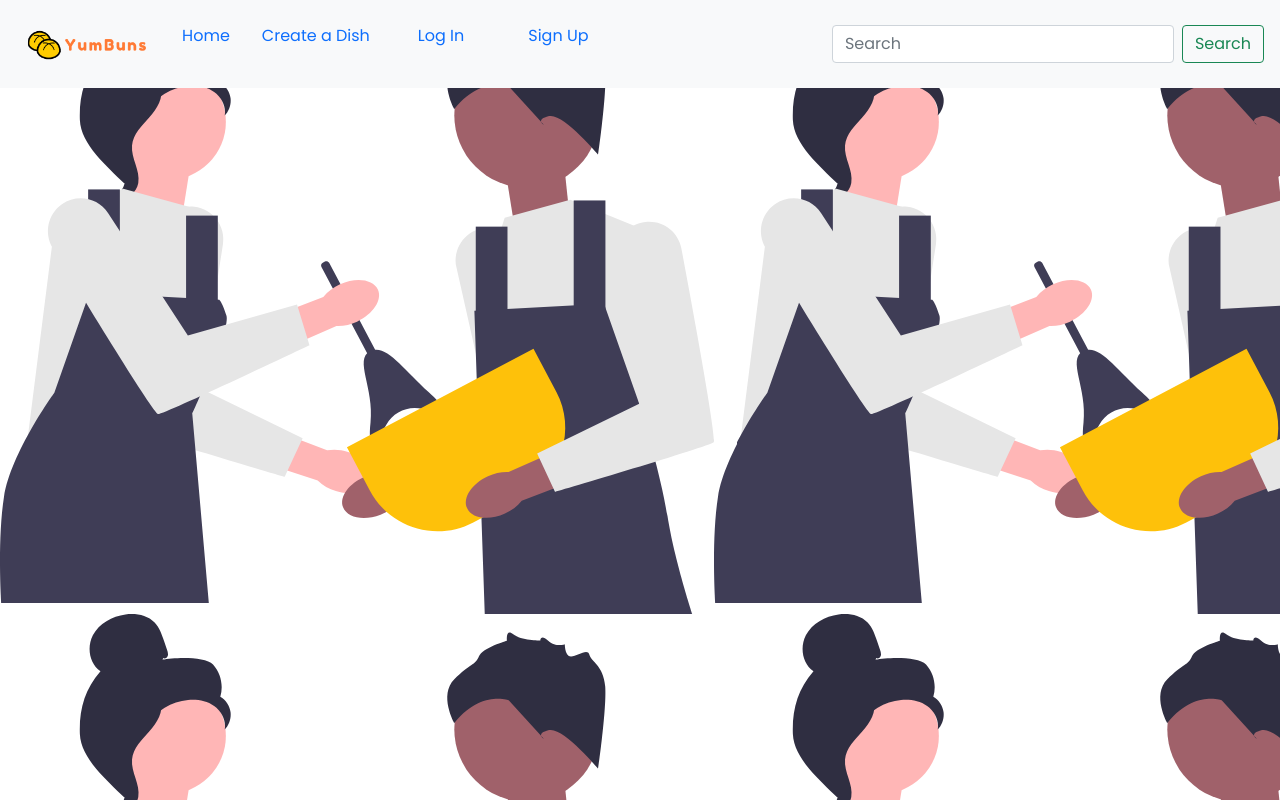
Repository: mottad14/yumBuns
Page: /account (app in client/)
An editor plug-in stored every save of this project. The page is shown before and after the next save, followed by the edit.
The browser window is 1280 px wide. The pictures show the whole page.
Some web fonts or font styles are not loaded; a fallback is used. The project was rebuilt for these pictures with package versions that can differ from the ones it lists, and the page was loaded fresh each time. Also part of the build but not shown: client/src/components/RecipePreview.js, client/src/views/Main.js, client/src/views/Login.js, client/src/views/NewAccount.js, client/src/views/Create.js, client/src/views/Recipe.js, client/src/components/SubscribePop.css, client/src/components/SignUp.jsx and 1 more.

Above is the page before, as saved 2022-07-30 13:08:18.

### client/public/index.html
<!DOCTYPE html>
<html lang="en">
  <head>
    <meta charset="utf-8" />
    <link rel="icon" href="%PUBLIC_URL%/favicon.ico" />
    <meta name="viewport" content="width=device-width, initial-scale=1" />
    <meta name="theme-color" content="#000000" />
    <meta
      name="description"
      content="Web site created using create-react-app"
    />
    <!--
      Notice the use of %PUBLIC_URL% in the tags above.
      It will be replaced with the URL of the `public` folder during the build.
      Only files inside the `public` folder can be referenced from the HTML.

      Unlike "/favicon.ico" or "favicon.ico", "%PUBLIC_URL%/favicon.ico" will
      work correctly both with client-side routing and a non-root public URL.
      Learn how to configure a non-root public URL by running `npm run build`.
    -->
    <title>Yumbuns</title>
  </head>
  <body>
    <noscript>You need to enable JavaScript to run this app.</noscript>
    <div id="root"></div>
    <!--
      This HTML file is a template.
      If you open it directly in the browser, you will see an empty page.

      You can add webfonts, meta tags, or analytics to this file.
      The build step will place the bundled scripts into the <body> tag.

      To begin the development, run `npm start` or `yarn start`.
      To create a production bundle, use `npm run build` or `yarn build`.
    -->
  </body>
</html>

### client/src/index.js
import React from 'react';
import ReactDOM from 'react-dom';
import './index.css';
import App from './App';
import reportWebVitals from './reportWebVitals';
import {BrowserRouter} from "react-router-dom";

ReactDOM.render(
    <React.StrictMode>
      <BrowserRouter>
            <App />
      </BrowserRouter>
    </React.StrictMode>,
    document.getElementById('root')
);



// If you want to start measuring performance in your app, pass a function
// to log results (for example: reportWebVitals(console.log))
// or send to an analytics endpoint. Learn more: https://bit.ly/CRA-vitals
reportWebVitals();

### client/src/App.js
import React from 'react';
import 'bootstrap/dist/css/bootstrap.min.css';
import {Switch, Route} from "react-router-dom";
import './App.css';
import NavBar from './components/NavBar';
import Main from './views/Main';
import Login from './views/Login'
import NewAccount from "./views/NewAccount"
import Create from './views/Create';
import Recipe from './views/Recipe';
import SubscribePop from './components/SubscribePop';
import {useState, useEffect} from 'react'
import { AuthContextProvider } from "./contexts/AuthContext";
import eating from "./imgs/cooking.svg"



function App() {
  const [timedPopup, setTimedPopup] = useState (false);

  useEffect(() => {
    setTimeout(() => {
      setTimedPopup(true)
    }, 45000)
  }, [])


  return (

    <div className="App" style={{ backgroundImage: `url(${eating})` }} >
      <div >

          <div className="">
              <AuthContextProvider>
                <NavBar/>
                  <Switch>
                    <Route exact path="/">
                      <Main/>
                    </Route>

                    <Route exact path="/login">
                      <Login/>
                    </Route>

                    <Route exact path="/signup">
                      <NewAccount/>
                    </Route>

                    <Route path="/view/single/:_id">
                      <Recipe/>
                    </Route>

                    <Route exact path="/create">
                      <Create/>
                    </Route>
                  </Switch>

                  <SubscribePop trigger={timedPopup} setTrigger={setTimedPopup}>
                  </SubscribePop>
              </AuthContextProvider>

          </div>
       </div>
    </div>
  );
}

export default App;

### client/src/App.css
@import url('https://fonts.googleapis.com/css2?family=BIZ+UDGothic&family=Poppins&display=swap');

.App {
  font-family: 'BIZ UDGothic', sans-serif;
  font-family: 'Poppins', sans-serif;
  text-align: center;
  min-height: 800px;
}

.recipePreview{
  border: 3px solid rgb(177, 177, 177);
  min-height: 300px;
  width: 250px;
  background-color: rgb(254, 194, 10);
  border-left-style: dotted;
  border-right-style: dotted;
  border-radius: 10%;

}

.recipePreview > img{
  width: 95%;
  border-radius: 10%;
}
.recipePreview >div{
  align-items: center;

}

.Logo{
  margin-left: 10px;
  height: 30px;
}

.sticky{
  position: sticky;
  top: 0;
  z-index: 999;
  background-color: rgb(254, 194, 10);
  border: 2px solid black;
  border-radius: 25px;
}

.thumbnailBox > img{
  height: 40px;
}

.thumbnailBox > img:hover{
  height: 125px;
}

### client/src/components/NavBar.js
import React from "react";
import { Link } from "react-router-dom"
import Nav from 'react-bootstrap/Nav';
import YumBuns from "../imgs/YumBunsLogo.png"

const NavBar = (props) => {
    return(
            <nav className="navbar navbar-expand-sm bg-light mb-3">
                <Link className="navbar-brand mx-3" to="/">  <img className="Logo" src={YumBuns} alt="Logo" /> </Link>

                <div className="collapse navbar-collapse" id="navbarSupportedContent">
                <ul className="navbar-nav me-auto mb-2 mb-lg-0">
                    <li className="nav-item">
                    <Nav.Link> <Link className="nav-link btn-outline-warning" aria-current="page" to="/">Home</Link> </Nav.Link>
                    </li>
                    <li className="nav-item">
                    <Nav.Link> <Link className="nav-link btn-outline-warning" to="/create">Create a Dish</Link> </Nav.Link>
                    </li>
                    <li className="nav-item">
                    <Nav.Link> <Link className="nav-link d-flex mx-3 btn-outline-warning" to="/login"> Log In</Link> </Nav.Link>
                    </li>
                    <li className="nav-item">
                    <Nav.Link>  <Link className="nav-link d-flex mx-3 btn-outline-warning" to="/signup">    <p onClick={() => props.setTrigger(true)}> Sign Up </p>    </Link> </Nav.Link>
                    </li>
                </ul>
                <form className="d-flex mx-3" role="search">
                    <input className="form-control me-2" type="search" placeholder="Search" aria-label="Search" />
                    <button className="btn btn-outline-success" type="submit">Search</button>
                </form>
            </div>
            </nav>
    )
}

export default NavBar;

### client/src/contexts/AuthContext.js
import { createContext, useContext, useEffect, useState } from "react";
import {createUserWithEmailAndPassword,
    signInWithEmailAndPassword,
    signOut,
    onAuthStateChanged}
    from "firebase/auth"
import { auth } from "../firebase";

const UserContext = createContext();

export const AuthContextProvider = ({children}) => {
    const [user, setUser] = useState({})

    const createUser = (email, password) => {
        return (createUserWithEmailAndPassword(auth, email, password))
    }

    const signIn = (email, password) => {
        return signInWithEmailAndPassword(auth, email, password)
    }

    const logout = () =>{
        return signOut(auth);
    }

    useEffect (() => {
        const unsubscribe = onAuthStateChanged(auth, (currentUser) => {
            console.log(currentUser)
            setUser(currentUser)
        })
        return (() => {
            unsubscribe()
        })
    }, [])

    return (
        <UserContext.Provider value={{ createUser, user, signIn, logout }}>
            {children}
        </UserContext.Provider>
    )
}

export const UserAuth = () =>{
    return useContext(UserContext)
}

### client/src/firebase.js
// Import the functions you need from the SDKs you need
import { initializeApp } from "firebase/app";
import { getAuth } from "firebase/auth";
// TODO: Add SDKs for Firebase products that you want to use
// https://firebase.google.com/docs/web/setup#available-libraries

// Your web app's Firebase configuration
console.log(`The current api key is: ${process.env.REACT_APP_FIREBASE_API_KEY}`)
const firebaseConfig = {
  apiKey: process.env.REACT_APP_FIREBASE_API_KEY,
  authDomain: process.env.REACT_APP_FIREBASE_AUTH_DOMAIN,
  projectId: process.env.REACT_APP_FIREBASE_PROJECT_ID,
  storageBucket: process.env.REACT_APP_FIREBASE_STORAGE_BUCKET,
  messagingSenderId: process.env.REACT_APP_FIREBASE_MESSAGING_SENDER_ID,
  appId: process.env.REACT_APP_FIREBASE_APP_ID,
  measurementId: process.env.REACT_APP_FIREBASE_MEASUREMENT_ID
};

// Initialize Firebase
const app = initializeApp(firebaseConfig);
export const auth = getAuth(app);
export default app;

Loaded but not shown: client/src/index.css (common file); client/src/reportWebVitals.js (common file)

After the next save:
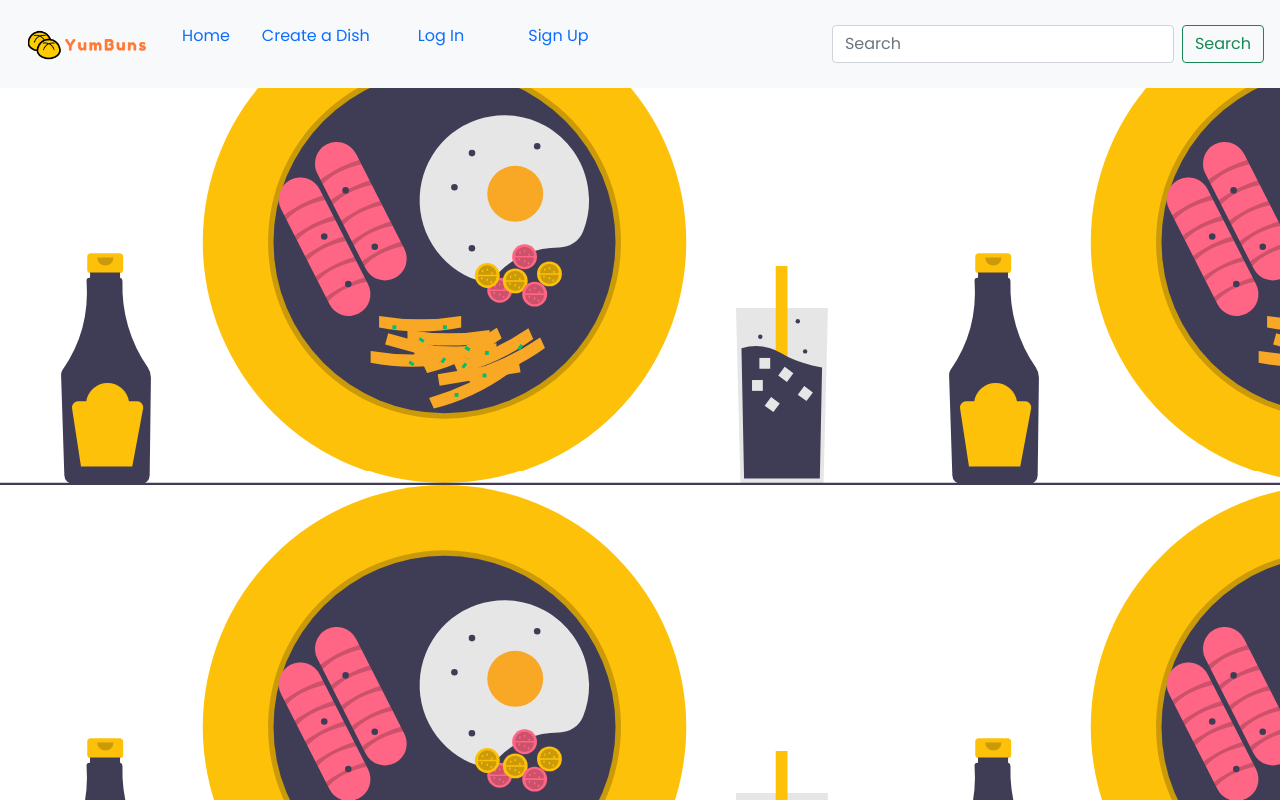
Saved 27 min 3 s later.
--- a/client/src/App.js
+++ b/client/src/App.js
@@ -11,7 +11,7 @@ import Recipe from './views/Recipe';
 import SubscribePop from './components/SubscribePop';
 import {useState, useEffect} from 'react'
 import { AuthContextProvider } from "./contexts/AuthContext";
-import eating from "./imgs/cooking.svg"
+import eating from "./imgs/eating.svg"
 
 
 
